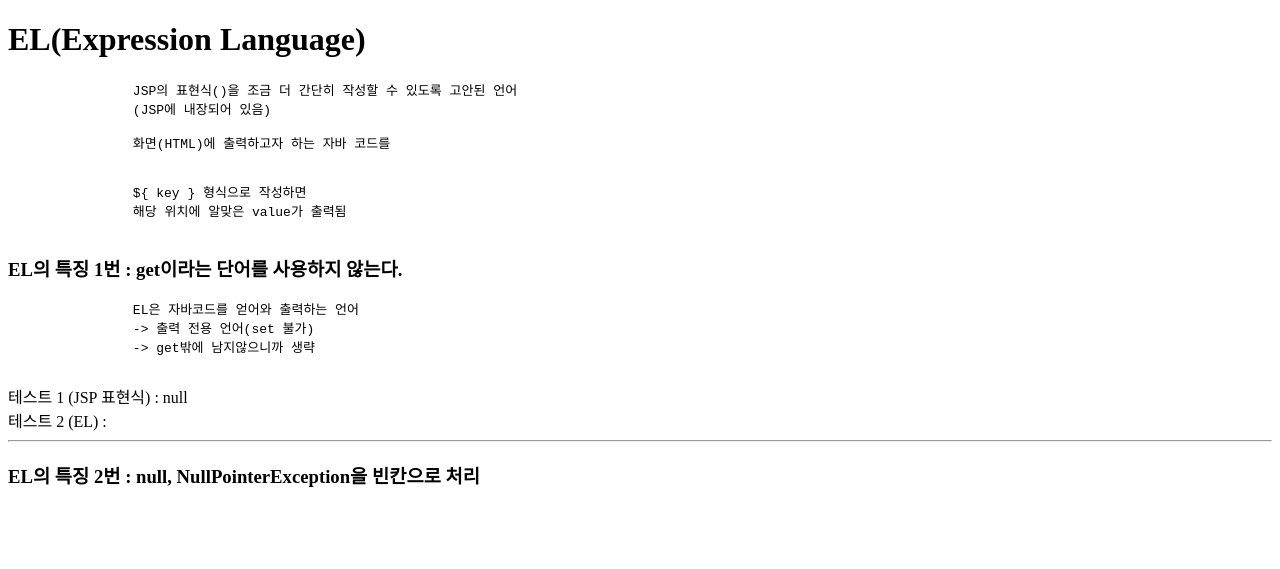
Repository: seungjoo1217/05_Server
Page: http://localhost/JSPProject2/elTest
An editor plug-in stored every save of this project. The page is shown before and after the next save, followed by the edit.
The browser window is 1280 px wide. The pictures show the whole page.
The page is served by Tomcat 10.

Above is the page before, as saved 2024-03-22 03:27:12.

After the next save:
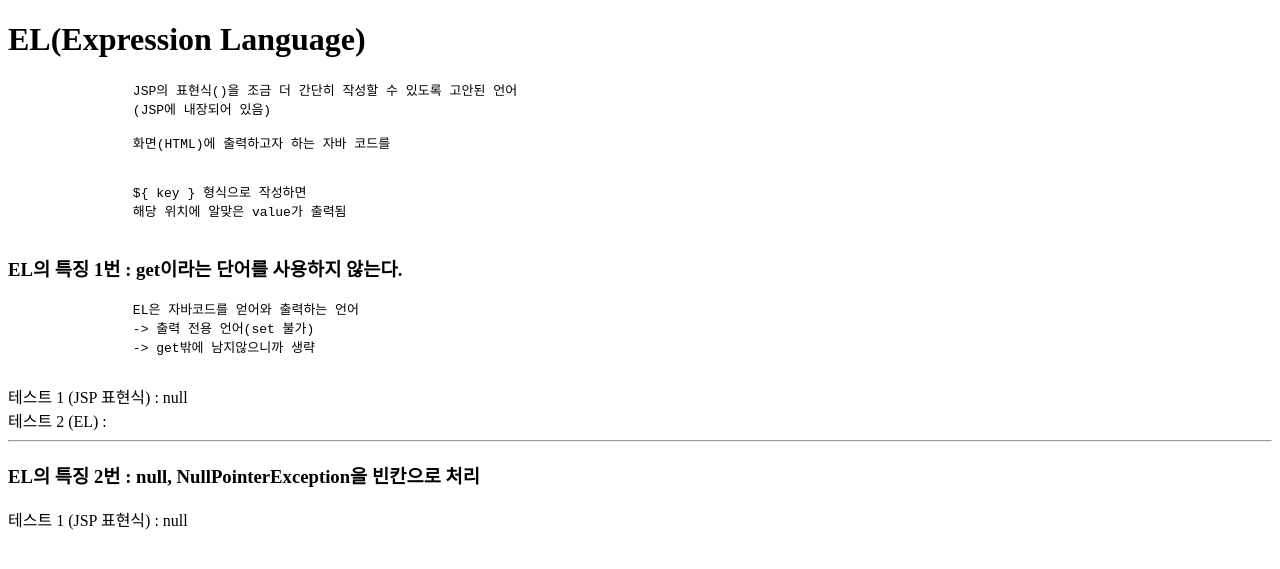
Saved 62 s later.
--- a/JSPProject2/src/main/webapp/WEB-INF/views/el/elTest.jsp
+++ b/JSPProject2/src/main/webapp/WEB-INF/views/el/elTest.jsp
@@ -36,6 +36,8 @@
 
 	<h3>EL의 특징 2번 : null, NullPointerException을 빈칸으로 처리</h3>
 
+	테스트 1 (JSP 표현식) : <%= request.getParameter("num") %>
+
 
 </body>
 </html>
